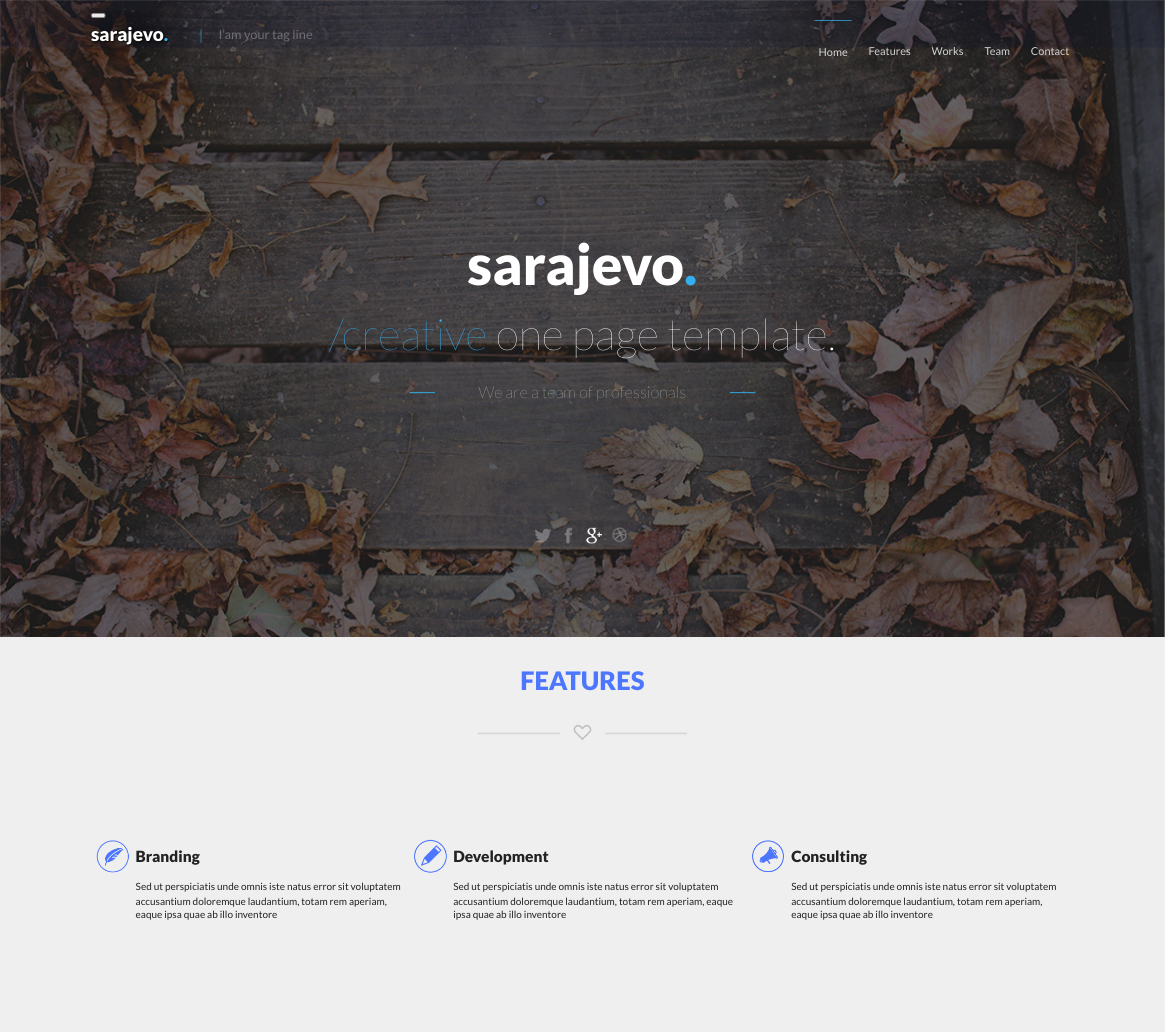
Repository: expertsumyua/adaptive-landing-page
Page: index.html
These files come from the project's save history. The page is drawn as it stood at one moment and after the next save; the edit follows.
The browser window is 1280 px wide. The pictures show the whole page, at 91% of full size.

Above is the page before, as saved 2020-06-09 16:40:42.

### index.html
<!doctype html>
<html class="no-js" lang="">

<head>
	<meta charset="utf-8">
	<title></title>
	<meta name="description" content="">
	<meta name="viewport" content="width=device-width, initial-scale=1">

	<link rel="manifest" href="site.webmanifest">
	<link rel="apple-touch-icon" href="icon.png">
	<!-- Place favicon.ico in the root directory -->

	<link href="https://fonts.googleapis.com/css?family=Lato:100,100i,400,900&display=swap" rel="stylesheet">

	<link rel="stylesheet" href="css/normalize.css">
	<link rel="stylesheet" href="css/main.css">

	<meta name="theme-color" content="#fafafa">
</head>

<body>
	<!--[if IE]>
    <p class="browserupgrade">You are using an <strong>outdated</strong> browser. Please <a href="https://browsehappy.com/">upgrade your browser</a> to improve your experience and security.</p>
  <![endif]-->

	<!-- Add your site or application content here -->
	<header>
		<div class="header-top">
			<div class="contaner">
				<div class="logo">
					<a href="/">sarajevo</a>
					<!-- <a href="/"><img src="img/logo.png"></a> -->
				</div>
				<div class="short-tag">I’am your tag line</div>
				<button class="mobile" href="#"><img src="img/burger.png"></button>
				<nav>
					<a class="active" href="#">Home</a>
					<a href="#">Features</a>
					<a href="#">Works</a>
					<a href="#">Team</a>
					<a href="#">Contact</a>
				</nav>
			</div>
		</div>
		<div class="header-content">
			<div class="logo">sarajevo</div>
			<div class="content">one page template.</div>
			<p class="footer">We are a team of professionals</p>
		</div>
		<div class="header-footer">
			<p>
				<a href="https://twitter.com/"><img src="img/twitter.png"></a>
				<a href="https://www.facebook.com/"><img src="img/facebook.png"></a>
				<a class="g-plus" href="https://plus.google.com/"><img src="img/googlePlus.png"></a>
				<a href="https://dribbble.com/"><img src="img/dribbble.png"></a>
			</p>
		</div>

	</header>

	<!-- FEATURES -->
	<div class="features">
		<p class="f-h">FEATURES</p>
		<p class="f-img"><img src="img/heart.png"></a></p>
		<div class="f-t">
			<table align="center">
				<tr class="mobile">
					<th><img src="img/pen.png">Branding</th>
					<th><img src="img/pencil.png">Development</th>
					<th><img src="img/speaker.png">Consulting</th>
				</tr>
				<tr class="mobile">
					<td>Sed ut perspiciatis unde omnis iste natus error sit voluptatem accusantium doloremque laudantium,
						totam rem aperiam, eaque ipsa quae ab illo inventore</td>
					<td>Sed ut perspiciatis unde omnis iste natus error sit voluptatem accusantium doloremque laudantium,
						totam rem aperiam, eaque ipsa quae ab illo inventore</td>
					<td>Sed ut perspiciatis unde omnis iste natus error sit voluptatem accusantium doloremque laudantium,
						totam rem aperiam, eaque ipsa quae ab illo inventore</td>
				</tr>
				<tr class="base">
					<th><img src="img/pen.png"></th>
					<th align="left">Branding</th>
					<th><img src="img/pencil.png"></th>
					<th align="left">Development</th>
					<th><img src="img/speaker.png"></th>
					<th align="left">Consulting</th>
				</tr>
				<tr class="base">
					<td></td>
					<td>Sed ut perspiciatis unde omnis iste natus error sit voluptatem accusantium doloremque laudantium,
						totam rem aperiam, eaque ipsa quae ab illo inventore</td>
					<td></td>
					<td>Sed ut perspiciatis unde omnis iste natus error sit voluptatem accusantium doloremque laudantium,
						totam rem aperiam, eaque ipsa quae ab illo inventore</td>
					<td></td>
					<td>Sed ut perspiciatis unde omnis iste natus error sit voluptatem accusantium doloremque laudantium,
						totam rem aperiam, eaque ipsa quae ab illo inventore</td>
				</tr>
			</table>
		</div>
	</div>
	<!-- /.FEATURES -->

	<!--  WHAT ARE WE DOING -->
	<div></div>
	<!-- /. WHAT ARE WE DOING -->

	<!-- WORKS -->
	<div></div>
	<!-- /.WORKS -->

	<!-- TEAM -->
	<div></div>
	<!-- /.TEAM -->

	<!-- FACTS -->
	<div></div>
	<!-- /.FACTS -->

	<!-- MESSAGE -->
	<div></div>
	<!-- /.MESSAGE -->

	<!-- MAP -->
	<div></div>
	<!-- /.MAP -->

	<footer></footer>


	<script src="js/vendor/modernizr-3.8.0.min.js"></script>
	<script src="https://code.jquery.com/jquery-3.4.1.min.js"
		integrity="sha256-CSXorXvZcTkaix6Yvo6HppcZGetbYMGWSFlBw8HfCJo=" crossorigin="anonymous"></script>
	<script>window.jQuery || document.write('<script src="js/vendor/jquery-3.4.1.min.js"><\/script>')</script>
	<script src="js/plugins.js"></script>
	<script src="js/main.js"></script>

	<!-- Google Analytics: change UA-XXXXX-Y to be your site's ID. -->
	<!-- <script>
		window.ga = function () { ga.q.push(arguments) }; ga.q = []; ga.l = +new Date;
		ga('create', 'UA-XXXXX-Y', 'auto'); ga('set', 'transport', 'beacon'); ga('send', 'pageview')
	</script> -->
	<!-- <script src="https://www.google-analytics.com/analytics.js" async></script> -->
</body>

</html>

### css/main.css
/*! HTML5 Boilerplate v7.3.0 | MIT License | https://html5boilerplate.com/ */

/* main.css 2.0.0 | MIT License | https://github.com/h5bp/main.css#readme */
/*
 * What follows is the result of much research on cross-browser styling.
 * Credit left inline and big thanks to Nicolas Gallagher, Jonathan Neal,
 * Kroc Camen, and the H5BP dev community and team.
 */

/* ==========================================================================
   Base styles: opinionated defaults
   ========================================================================== */

html {
    font-family: 'Lato', sans-serif;
    color: #222;
    font-size: 1em;
    line-height: 1.4;
}

/*
 * Remove text-shadow in selection highlight:
 * https://twitter.com/miketaylr/status/12228805301
 *
 * Vendor-prefixed and regular ::selection selectors cannot be combined:
 * https://stackoverflow.com/a/16982510/7133471
 *
 * Customize the background color to match your design.
 */

::-moz-selection {
  background: #b3d4fc;
  text-shadow: none;
}

::selection {
  background: #b3d4fc;
  text-shadow: none;
}

/*
 * A better looking default horizontal rule
 */

hr {
  display: block;
  height: 1px;
  border: 0;
  border-top: 1px solid #ccc;
  margin: 1em 0;
  padding: 0;
}

/*
 * Remove the gap between audio, canvas, iframes,
 * images, videos and the bottom of their containers:
 * https://github.com/h5bp/html5-boilerplate/issues/440
 */

audio,
canvas,
iframe,
img,
svg,
video {
  vertical-align: middle;
}

/*
 * Remove default fieldset styles.
 */

fieldset {
  border: 0;
  margin: 0;
  padding: 0;
}

/*
 * Allow only vertical resizing of textareas.
 */

textarea {
  resize: vertical;
}

/* ==========================================================================
   Browser Upgrade Prompt
   ========================================================================== */

.browserupgrade {
  margin: 0.2em 0;
  background: #ccc;
  color: #000;
  padding: 0.2em 0;
}

/* ==========================================================================
   Author's custom styles
   ========================================================================== */
body {
    position: relative;
}

header .contaner {
    width: calc(100% - 200px);
    height: 100%;
    margin: 0 auto;
    position: relative;
}

header {
    height: 700px;
    width: 100%;
    background: url(../img/header-bg.jpg) no-repeat;
    background-size: cover;
}

header .header-top {
    background: rgba(16, 22, 53, 0.2);
    height: 52px;
    width: 100%;
    /*outline:  1px solid red;*/
    position: relative;
}

header .logo a {
    /*width: 90px;*/
    text-decoration: none;
    font-size: 20.8px;
    font-weight: 600;
    /*opacity: 0.9;*/
    text-shadow: 1px 1px 2px black, 0 0 1em black;
    color: #fff;
    position: absolute;
    top: 22px;
}
header .logo a:after {
    content: ".";
    color: rgb(50, 176, 238);
}

header .short-tag {
    font-size: 14px;
    color: #fff;
    opacity: 0.3;
    position: absolute;
    left: 140px;
    top: 28px;
}
header .short-tag:before {
    content: "";
    width: 1.5px;
    height: 15px;
    position: absolute;
    left: -20px;
    top: 4px;
    background: rgb(50, 176, 238);
}

header nav {
    position: absolute;
    right: 0;
    height: 100%;
}
header nav a {
    height: 100%;
    margin-right: 13px;
    padding: 0 5px;
    line-height: 68px;
    text-decoration: none;
    font-size: 12px;
    color: #fff;
    opacity: 0.8;
    display: block;
    float: left;

}
header nav a:last-child {
    margin-right: 0;
}
header nav a.active {
    border-top: 1.5px solid rgb(50, 176, 238);
}
/* Выше был применён Бордер-топ*/
/*header nav a.active:after {
    content: "";
    width: 32px;
    height: 1.5px;
    position: absolute;
    left: 11px;
    background: rgb(50, 176, 238);
}*/

header .mobile img {
    display: none;
    /*color: #fff;*/
    /*font-size: 24px;*/
    /*text-decoration: none;*/
    position: absolute;
    height: 52px;
    top: 10px;
    right: 0px;
}

header .header-content {
    width: 580px;
    height: 156px;
    color: #fff;
    font-size: 62px;
    font-weight: 600;
    left: calc(50% - 290px);
    top: 194px;
    position: relative;
}
header .header-content .logo {
    color: #fff;
    font-size: 62px;
    text-align: center;
}
header .header-content .logo:after {
    content: ".";
    color: rgb(50, 176, 238);
}

header .header-content .content {
    color: #fff;
    font-size: 48px;
    font-weight: 300;
    text-align: center;
}
header .header-content .content:before {
    content: "/creative ";
    color: rgb(50, 176, 238);
}

header .header-content p.footer {
    color: #fff;
    font-size: 18px;
    font-weight: 300;
    text-align: center;
    position: relative;
}
header .header-content p.footer:before {
    content: "";
    width: 28px;
    height: 1.5px;
    position: absolute;
    left: calc(50% - 190px);
    top: 50%;
    background: rgb(50, 176, 238);
}
header .header-content p.footer:after {
    content: "";
    width: 28px;
    height: 1.5px;
    position: absolute;
    left: calc(50% + 162px);
    top: 50%;
    background: rgb(50, 176, 238);
}

header .header-footer {
    position: absolute;
    left: calc(50% - 55px);
    top: 560px;
}
header .header-footer p a img {
    height: 25px;
    width: auto;
    opacity: 0.3;
}

header .header-footer p a.g-plus img {
    opacity: 1;
}

.features {
    top: 700px;
    height: 434px;
    width: 100%;
    background-color: #efefef;
    position: absolute;

    /*-moz-background-size: 100%; /* Firefox 3.6+ */
    /*-webkit-background-size: 100%;  Safari 3.1+ и Chrome 4.0+ */
    /*-o-background-size: 100%; /* Opera 9.6+ */
    /*background-size: 100%;  Современные браузеры */
}
.features p.f-h {
    color: #4c76ff;
    font-size: 28px;
    text-align: center;
    font-weight: 900;
    /*top: 780px;*/
    position: relative;
}
.features p.f-img:before {
    content: "";
    width: 90px;
    height: 1.5px;
    position: absolute;
    left: calc(50% - 115px);
    top: 105px;
    background: black;
    opacity: 0.1;
}
.features p.f-img:after {
    content: "";
    width: 90px;
    height: 1.5px;
    position: absolute;
    left: calc(50% + 25px);
    top: 105px;
    background: black;
    opacity: 0.1;
}
.features p.f-img img {
    position: absolute;
    left: calc(50% - 10px);
    height: 20px;
    width: auto;
    opacity: 0.2;
}
.features .f-t {
    position: relative;
    top: 50px;
}
.features .f-t table {
    margin: 100px;
    /*font-family: Open Sans;*/
}
.features .f-t th {
    position: relative;
    font-size: 17px;
}
.features .f-t img {
    height: 36px;
    width: auto;
    padding: 3px;
}
.features .f-t td{
    font-size: 11px;
}
.features .f-t .mobile {
        display: none;
    }
}

@media (max-width: 1000px) {
    header .contaner {
       width: calc(100% - 100px);
    }
}

@media (max-width: 768px) {
    header .contaner {
       width: calc(100% - 50px);
    }
    header .header-content {
        left: calc(50% - (calc(100% - 100px)/2));
        width: calc(100% - 100px);
    }
        header .header-content p.footer:before {
        left: calc(50% - 180px);
    }
    header .header-content p.footer:after {
        left: calc(50% + 152px);
    }
}
@media (max-width: 650px) {
    header nav {
        display: none;
        height: auto;
        width: 300px;
    }
    header nav a {
        float: none;    }
    header .mobile img {
        display: block;
    }
    .features .f-t table {
    margin: 5px;

}
@media (max-width: 450px) {
     .features .f-t .base {
        display: none;
    }
    .features .f-t .mobile {
        display: block;
    }
}
@media (max-width: 400px) {
    header .contaner {
        /*left: calc(50% - ( calc(100% - 10px)));*/
        width: calc(100% - 10px);
        margin: 0 auto;
        position: relative;
    }
    header .header-content {
        left: 5px;
        width: calc(100% - 10px);
    }
    header .header-content p.footer:before {
        left: calc(50% - 150px);
    }
    header .header-content p.footer:after {
        left: calc(50% + 122px);
    }
}



/* ==========================================================================
   Helper classes
   ========================================================================== */

/*
 * Hide visually and from screen readers
 */

.hidden {
  display: none !important;
}

/*
* Hide only visually, but have it available for screen readers:
* https://snook.ca/archives/html_and_css/hiding-content-for-accessibility
*
* 1. For long content, line feeds are not interpreted as spaces and small width
*    causes content to wrap 1 word per line:
*    https://medium.com/@jessebeach/beware-smushed-off-screen-accessible-text-5952a4c2cbfe
*/

.sr-only {
  border: 0;
  clip: rect(0, 0, 0, 0);
  height: 1px;
  margin: -1px;
  overflow: hidden;
  padding: 0;
  position: absolute;
  white-space: nowrap;
  width: 1px;
  /* 1 */
}

/*
* Extends the .sr-only class to allow the element
* to be focusable when navigated to via the keyboard:
* https://www.drupal.org/node/897638
*/

.sr-only.focusable:active,
.sr-only.focusable:focus {
  clip: auto;
  height: auto;
  margin: 0;
  overflow: visible;
  position: static;
  white-space: inherit;
  width: auto;
}

/*
* Hide visually and from screen readers, but maintain layout
*/

.invisible {
  visibility: hidden;
}

/*
* Clearfix: contain floats
*
* For modern browsers
* 1. The space content is one way to avoid an Opera bug when the
*    `contenteditable` attribute is included anywhere else in the document.
*    Otherwise it causes space to appear at the top and bottom of elements
*    that receive the `clearfix` class.
* 2. The use of `table` rather than `block` is only necessary if using
*    `:before` to contain the top-margins of child elements.
*/

.clearfix:before,
.clearfix:after {
  content: " ";
  /* 1 */
  display: table;
  /* 2 */
}

.clearfix:after {
  clear: both;
}

/* ==========================================================================
   EXAMPLE Media Queries for Responsive Design.
   These examples override the primary ('mobile first') styles.
   Modify as content requires.
   ========================================================================== */

@media only screen and (min-width: 35em) {
  /* Style adjustments for viewports that meet the condition */
}

@media print,
  (-webkit-min-device-pixel-ratio: 1.25),
  (min-resolution: 1.25dppx),
  (min-resolution: 120dpi) {
  /* Style adjustments for high resolution devices */
}

/* ==========================================================================
   Print styles.
   Inlined to avoid the additional HTTP request:
   https://www.phpied.com/delay-loading-your-print-css/
   ========================================================================== */

@media print {
  *,
  *:before,
  *:after {
    background: transparent !important;
    color: #000 !important;
    /* Black prints faster */
    box-shadow: none !important;
    text-shadow: none !important;
  }
  a,
  a:visited {
    text-decoration: underline;
  }
  a[href]:after {
    content: " (" attr(href) ")";
  }
  abbr[title]:after {
    content: " (" attr(title) ")";
  }
  /*
     * Don't show links that are fragment identifiers,
     * or use the `javascript:` pseudo protocol
     */
  a[href^="#"]:after,
  a[href^="javascript:"]:after {
    content: "";
  }
  pre {
    white-space: pre-wrap !important;
  }
  pre,
  blockquote {
    border: 1px solid #999;
    page-break-inside: avoid;
  }
  /*
     * Printing Tables:
     * https://web.archive.org/web/20180815150934/http://css-discuss.incutio.com/wiki/Printing_Tables
     */
  thead {
    display: table-header-group;
  }
  tr,
  img {
    page-break-inside: avoid;
  }
  p,
  h2,
  h3 {
    orphans: 3;
    widows: 3;
  }
  h2,
  h3 {
    page-break-after: avoid;
  }
}

### js/plugins.js
// Avoid `console` errors in browsers that lack a console.
(function() {
  var method;
  var noop = function () {};
  var methods = [
    'assert', 'clear', 'count', 'debug', 'dir', 'dirxml', 'error',
    'exception', 'group', 'groupCollapsed', 'groupEnd', 'info', 'log',
    'markTimeline', 'profile', 'profileEnd', 'table', 'time', 'timeEnd',
    'timeline', 'timelineEnd', 'timeStamp', 'trace', 'warn'
  ];
  var length = methods.length;
  var console = (window.console = window.console || {});

  while (length--) {
    method = methods[length];

    // Only stub undefined methods.
    if (!console[method]) {
      console[method] = noop;
    }
  }
}());

// Place any jQuery/helper plugins in here.

### js/main.js
"use strict";

let burger = document.querySelector("header .mobile img");

// var i = 0;
burger.onclick = function () {
	let menu = document.querySelector("header nav");
	// menu.style.display = "block";
	console.log(menu.style.display);
	if (menu.style.display == "none" || menu.style.display == "") {
		// burger.style.display = "none";
		menu.style.display = "block";
		// burger.style.display = "block";
	}
	else { menu.style.display = "none"; }
}

Loaded but not shown: css/normalize.css (library); js/vendor/modernizr-3.8.0.min.js (library)

After the next save:
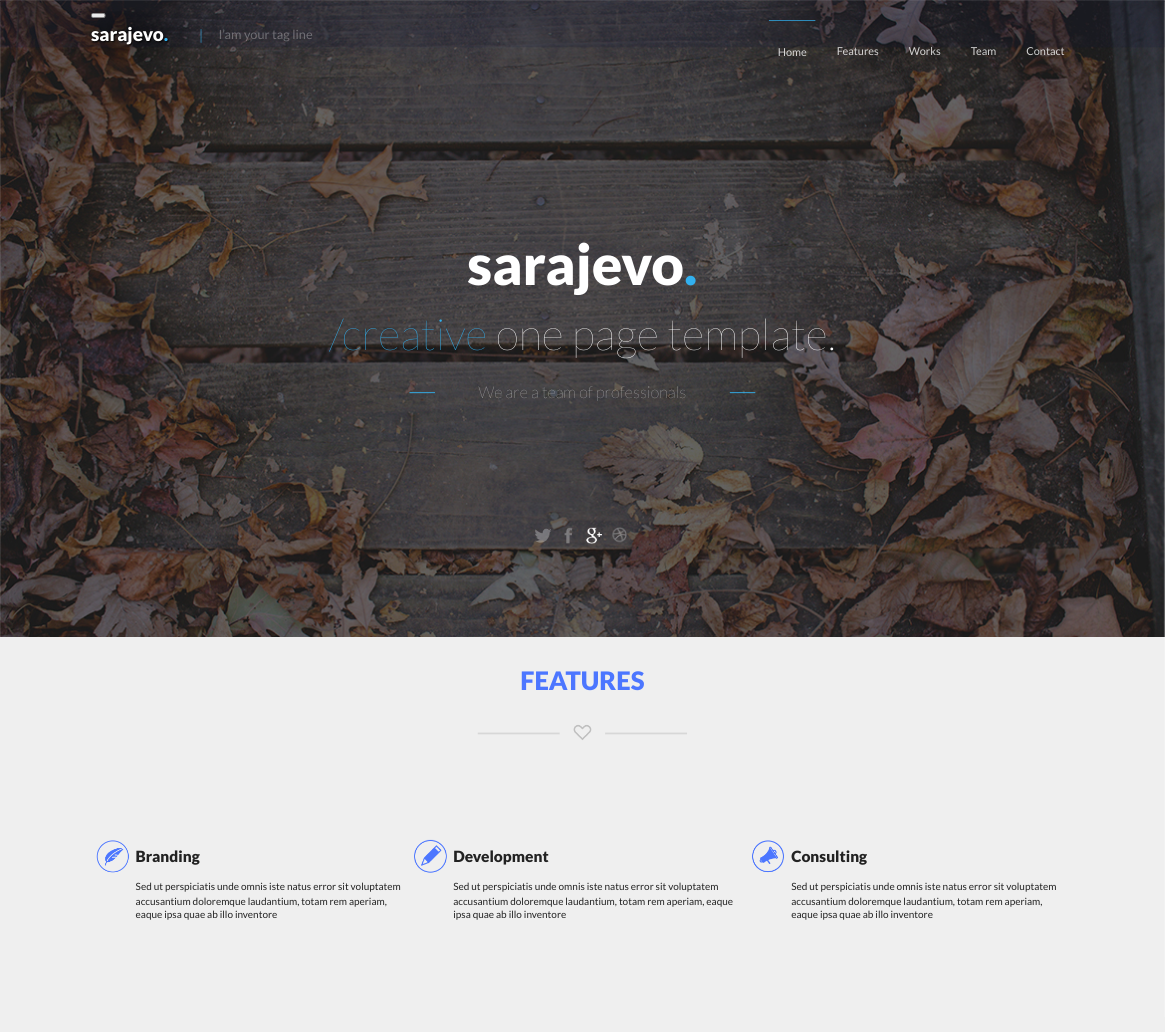
Saved 10 s later.
--- a/css/main.css
+++ b/css/main.css
@@ -166,7 +166,7 @@ header nav {
 header nav a {
     height: 100%;
     margin-right: 13px;
-    padding: 0 5px;
+    padding: 0 10px;
     line-height: 68px;
     text-decoration: none;
     font-size: 12px;
